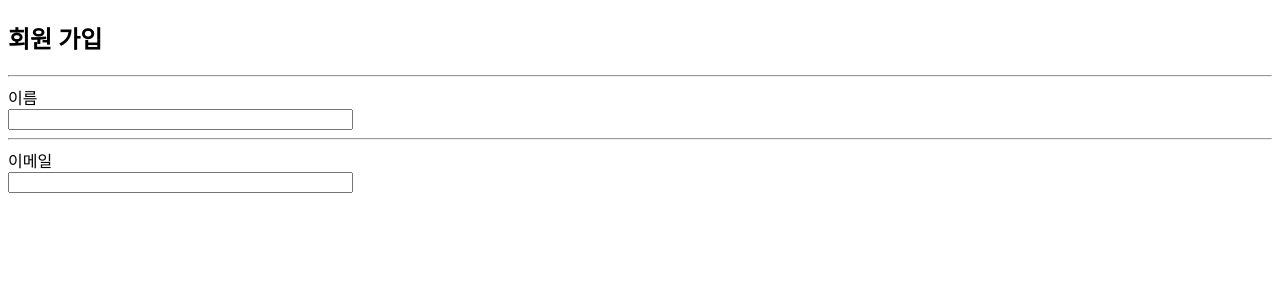
Repository: gold9387/jwbook
Page: jwbook/src/main/webapp/ch03/regform.html
These files come from the project's save history. The page is drawn as it stood at one moment and after the next save; the edit follows.
The browser window is 1280 px wide. The pictures show the whole page.

Above is the page before, as saved 2023-06-05 11:21:32.

### jwbook/src/main/webapp/ch03/regform.html
<!DOCTYPE html>
<html>
<head>
<meta charset="UTF-8">
<title>회원 가입 폼 만들기 예제</title>
</head>
<body>
	<h2>회원 가입</h2>
	<hr />
	<div id="regform">
	<form name="form1">
	<label>이름</label><br />
	<input type="text" name="name" size="40"/><br />
	<hr />
	<label>이메일</label><br />
	<input type="text" name="email" size="40"/><br />
	</form>
	</div>
</body>
</html>

After the next save:
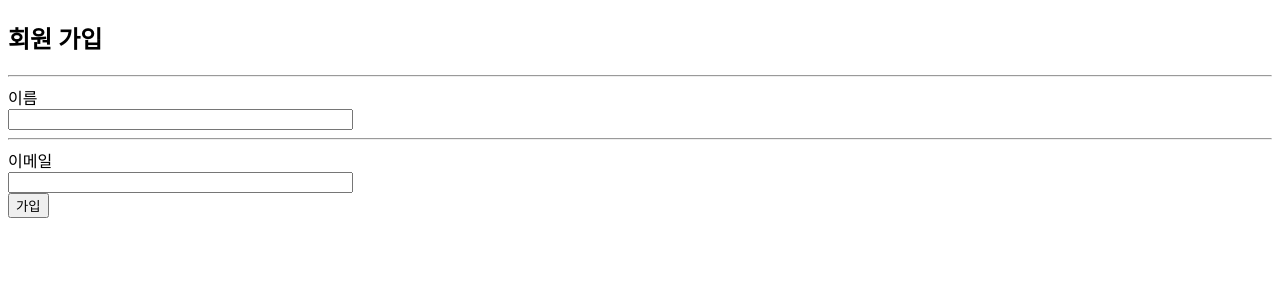
Saved 54 s later.
--- a/jwbook/src/main/webapp/ch03/regform.html
+++ b/jwbook/src/main/webapp/ch03/regform.html
@@ -8,13 +8,12 @@
 	<h2>회원 가입</h2>
 	<hr />
 	<div id="regform">
-	<form name="form1">
-	<label>이름</label><br />
-	<input type="text" name="name" size="40"/><br />
-	<hr />
-	<label>이메일</label><br />
-	<input type="text" name="email" size="40"/><br />
-	</form>
+		<form name="form1">
+			<label>이름</label><br /> <input type="text" name="name" size="40" /><br />
+			<hr />
+			<label>이메일</label><br /> <input type="text" name="email" size="40" /><br />
+			<button type="button" onClick="signUp()">가입</button>
+		</form>
 	</div>
 </body>
 </html>
